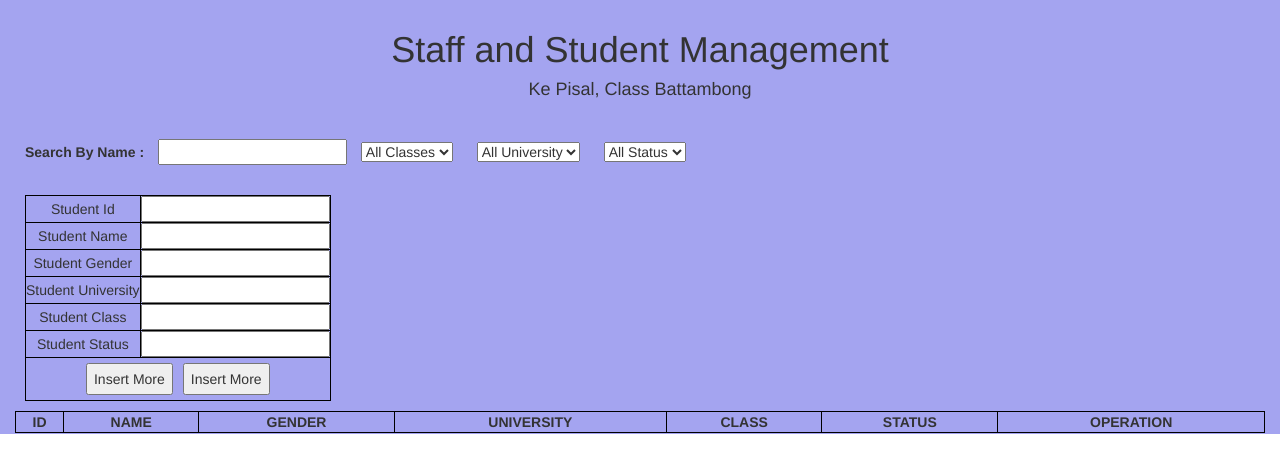
Repository: kepisal/ServletJAVA
Page: http://localhost/AjaxStaffandStudent/
The author's editor kept a copy of each file at every save. The page is drawn from the files as they stood at one save, then again after the next save.
The browser window is 1280 px wide. The pictures show the whole page.
The page is served by Tomcat 9. Other server files are loaded and not shown. Queries for data that is not in the repository find no rows.

Above is the page before, as saved 2015-07-10 16:27:19.

### AjaxStaffandStudent/WebContent/index.jsp
<%@ page language="java" contentType="text/html; charset=ISO-8859-1"
	pageEncoding="ISO-8859-1"%>
<!DOCTYPE html>
<html>
<head>
<meta http-equiv="Content-Type" content="text/html; charset=ISO-8859-1">
<title>Staff and Student Management</title>
<link rel="stylesheet" type="text/css"
	href="bootstrap/css/bootstrap.css">
<!-- <link rel="stylesheet" type="text/css" href="css/style.css"> -->

<!-- <script
	src="http://ajax.googleapis.com/ajax/libs/jquery/1.11.3/jquery.min.js"></script> -->
<script type="text/javascript" src="js/jquery-min.js"></script>
<script type="text/javascript" src="bootstrap/js/bootstrap.js"></script>
<script type="text/javascript" src="bootstrap/js/bootstrap.min.js"></script>
<style type="text/css">
.maincontent {
	background-color: #A4A4F0;
}

#title {
	padding: 10px;
	width: 100%;
}

option {
	height: 23px;
}

table,th,td{
	border: 1px solid black;
	border-collapse: collapse;

}
#title, th,td {
	text-align: center;
}

img {
	width: 20px;
}

#classlist, #universitylist, #txtinput, #statuslist {
	display: inline-block;
	margin: 10px;
}

button {
	margin: 5px;
	height: 32px
}
</style>
</head>
<body>
	<div class="maincontent col-sm-12">
		<div id="sheader">
			<div id="title">
				<h1>Staff and Student Management</h1>
				<h4>Ke Pisal, Class Battambong</h4>
			</div>
			<div id="classlist">
				<label>Search By Name : </label> <input type=text id=txtinput /> <select
					id=classselected onclick="searchClass()">

				</select>
			</div>
			<div id="universitylist">
				<select id=unvselected onclick="searchUniversity()">

				</select>
			</div>
			<div id="statuslist">
				<select id=statusselected onclick="searchStatus()">
					<option value=''>All Status</option>
					<option value=1>Active</option>
					<option value=0>Deactive</option>
				</select>
			</div>
		</div>
		<div id="sform">
			<table class="stuform" style="margin:10px;">
				<tr><td>Student Id</td><td><input/></td></tr>
				<tr><td>Student Name</td><td><input/></td></tr>
				<tr><td>Student Gender</td><td><input/></td></tr>
				<tr><td>Student University</td><td><input/></td></tr>
				<tr><td>Student Class</td><td><input/></td></tr>
				<tr><td>Student Status</td><td><input/></td></tr>
				<tr><td colspan="2"><button id="btnadd btn btn-success" onclick="add()">Insert
				More</button><button id="btnadd btn btn-success" onclick="add()">Insert
				More</button></td></tr>
			</table>
		</div>
		<div id="sbody">
			<table class="mytb col-sm-12">
				<thead>
					<tr>
						<th>ID</th>
						<th>NAME</th>
						<th>GENDER</th>
						<th>UNIVERSITY</th>
						<th>CLASS</th>
						<th>STATUS</th>
						<th>OPERATION</th>
					</tr>
				</thead>
				<tbody id="tblist">
				</tbody>
			</table>
			<div id="sdetails">
				<!-- <i><h2>-------------Information Detail------------</h2></i> <label>ID
				:</label>
			<h3 id="stuid"></h3>
			<label>NAME :</label>
			<h3 id="stuname"></h3>
			<label>GENDER :</label>
			<h3 id="stugender"></h3>
			<label>UINVERSITY :</label>
			<h3 id="stuuniversity"></h3>
			<label>CLASS :</label>
			<h3 id="stuclass"></h3>
			<label>STATUS :</label>
			<h3 id="stustatus">ss</h3>
			<i><h2>-------------Information Detail------------</h2></i> -->
			</div>
		</div>
		<div class="col-sm-3"></div>
	</div>
	<script type="text/javascript" src="js/script.js"></script>
</body>
</html>

### AjaxStaffandStudent/WebContent/js/script.js
$(document).ready(function() {
	lists(); // list all objects in table
	droplist(); // list all objects in dropdownlist(class, university)
	$("#txtinput").keyup(function() {
		searchName($("#txtinput").val()); // action keyup on textbox
	});
});
/*
 * @param : data is JSon generate <option> value </option> for dropdownlist
 * class
 */
function classlist(data) {
	var str = "";
	str += "<option value=''>All Classes</option>;";
	for (var i = 0; i < data.length; i++) {
		str += "<option value=" + data[i].classes + ">" + data[i].classes;
	}
	str += "</option>";
	return str;
}
/*
 * @param : data is JSon generate <option> value </option> for dropdownlist
 * university
 */
function unvlist(data) {
	var str = "";
	str += "<option value=''>All University</option>;";
	for (var i = 0; i < data.length; i++) {
		str += "<option value=" + data[i].unversity + ">" + data[i].unversity;
	}
	str += "</optiont>";
	return str;
}

/*
 * get data from url and put into function with param
 */
function droplist() {
	$.post("classlist.hrd", function(data) {
		$("#classselected").html(classlist(data));
	});
	$.post("universitylist.hrd", function(data) {
		$("#unvselected").html(unvlist(data));
	});
}
/*
 * generate rows inside table list
 */
function lists() {
	$.post("listobject.hrd", function(data) {
		$("#tblist").html(listobjectdetails(data));
	});

}
/*
 * create tag <tr><td> value </td></tr> follow data
 */
function listobjectdetails(data) {
	var str = "";
	for (var i = 0; i < data.length; i++) {

		str += "<tr>" + "<td id=studid" + i + ">" + data[i].stuid + "</td>"
				+ "<td>" + data[i].stuname + "</td>" + "<td>"
				+ checkGender(data[i].gender) + "</td>" + "<td>"
				+ data[i].unversity + "</td>" + "<td>" + data[i].classes
				+ "</td>" + "<td>" + checkStatus(data[i].status, i) + "</td>"
				+ "<td><button class=btnEdit" + i + " onclick=editFun(" + i
				+ ")>Edit</button><button class=btnRemove" + i
				+ " onclick=removeFun(" + i
				+ ")>Remove</button><button  class=btnView" + i
				+ " onclick=viewFun(" + i + ")>View</button></td>" + "</tr>";
	}

	str += "</table>";

	return str;
}
/*
 * create form for edit and insertion
 */
function myform() {
	var str = "";
}

/*
 * change value 0,1 to male and female
 */
function checkGender(data) {
	var gender;
	if (data == 0) {
		gender = "Male";
	} else {
		gender = "Female";
	}
	return gender;
}
/*
 * change value 0,1 to image 0.png and 1.png
 */
function checkStatus(data, i) {
	var img;
	if (data == 0) {
		img = "<a href=#><img src=img/0.png id=mydata" + i
				+ " onclick=updateStatus(" + i + "," + data + ")></a>";
	} else {
		img = "<a href=#><img src=img/1.png id=mydata" + i
				+ " onclick=updateStatus(" + i + "," + data + ")></a>";
	}
	return img;
}
/*
 * @param : id, value id -> id of each students value -> value of status update
 * status
 */
function updateStatus(id, value) {
	var stuid = $("#studid" + id).text();
	var active;
	if (value == 0) {
		active = 1;
	} else {
		active = 0;
	}
	$.post("editobject.hrd", {
		stu_id : stuid,
		stu_status : active
	}, function(data) {
		lists();
	});
}
/*
 * search by name()
 */
function searchName() {
	var stuname = $('#txtinput').val();
	var stuclass = $('#classselected option:selected').val();
	var stuuniver = $('#unvselected option:selected').val();
	var stustatus = $('#statusselected option:selected').val();
	if (stuname == '') {
		lists();
	}
	$.post("searchobject.hrd", {
		stu_name : stuname,
		stu_class : stuclass,
		stu_university : stuuniver,
		stu_status : stustatus
	}, function(data) {
		$("#tblist").html(listobjectdetails(data));
	});
}
/*
 * search by class()
 */
function searchClass() {
	var stuname = $('#txtinput').val();
	var stuclass = $('#classselected option:selected').val();
	var stuuniver = $('#unvselected option:selected').val();
	var stustatus = $('#statusselected option:selected').val();
	$.post("searchobject.hrd", {
		stu_name : stuname,
		stu_class : stuclass,
		stu_university : stuuniver,
		stu_status : stustatus
	}, function(data) {
		$("#tblist").html(listobjectdetails(data));
	});
}
/*
 * search by university()
 */
function searchUniversity() {
	var stuname = $('#txtinput').val();
	var stuclass = $('#classselected option:selected').val();
	var stuuniver = $('#unvselected option:selected').val();
	var stustatus = $('#statusselected option:selected').val();
	$.post("searchobject.hrd", {
		stu_name : stuname,
		stu_class : stuclass,
		stu_university : stuuniver,
		stu_status : stustatus
	}, function(data) {
		$("#tblist").html(listobjectdetails(data));
	});
}
/*
 * search by status()
 */
function searchStatus() {
	var stuname = $('#txtinput').val();
	var stuclass = $('#classselected option:selected').val();
	var stuuniver = $('#unvselected option:selected').val();
	var stustatus = $('#statusselected option:selected').val();
	$.post("searchobject.hrd", {
		stu_name : stuname,
		stu_class : stuclass,
		stu_university : stuuniver,
		stu_status : stustatus
	}, function(data) {
		$("#tblist").html(listobjectdetails(data));
	});
}
/*
 * Add Function
 */
function add() {
	$("#sbody").load("pages/addForm.html"); // load file from article
}

function editFun(i) {
	alert("This is Edit" + $("#studid" + i).text());
}
function removeFun(i) {
	var stuid = $("#studid" + i).text();
	$.post("deleteobject.hrd", {
		stu_id : stuid
	}, function(data) {
		lists();
	});
}
function viewFun(i) {
	var stuid = $("#studid" + i).text();
	$.post("viewobject.hrd", {
		stu_id : stuid
	}, function(data) {
		$("#sbody").load("pages/viewdetails.html");
	});
}

### AjaxStaffandStudent/src/Controller/Front_Controller.java
package Controller;
import java.io.IOException;

import javax.servlet.RequestDispatcher;
import javax.servlet.ServletException;
import javax.servlet.annotation.WebServlet;
import javax.servlet.http.HttpServlet;
import javax.servlet.http.HttpServletRequest;
import javax.servlet.http.HttpServletResponse;

import Model.ObjectDAO;

@WebServlet("*.hrd")
public class Front_Controller extends HttpServlet {
	private static final long serialVersionUID = 1L;

	public Front_Controller() {
		super();
	}

	protected void doGet(HttpServletRequest request, HttpServletResponse response) throws ServletException, IOException {
		doProcess(request, response);
	}

	protected void doPost(HttpServletRequest request, HttpServletResponse response) throws ServletException, IOException {
		doProcess(request, response);
	}

	protected void doProcess(HttpServletRequest request, HttpServletResponse response) throws ServletException, IOException {
		String RequestURI = request.getRequestURI();

		System.out.println(RequestURI);
		String contextPath = request.getContextPath();
		System.out.println(contextPath);
		String command = RequestURI.substring(contextPath.length());
		ActionForward forward = null;
		Action action = null;

		System.out.println(command);

		switch(command){
			case "/listobject.hrd":
				action = new ListObject();
				try {
					forward = action.execute(request, response);
					System.out.println(forward);
				} catch (Exception e) {
					e.printStackTrace();
				}
				break;
			case "/classlist.hrd":
				action = new classList();
				try {
					forward = action.execute(request, response);
					System.out.println(forward);
				} catch (Exception e) {
					e.printStackTrace();
				}
				break;
			case "/universitylist.hrd":
				action = new universityList();
				try {
					forward = action.execute(request, response);
					System.out.println(forward);
				} catch (Exception e) {
					e.printStackTrace();
				}
				break;
			case "/editobject.hrd":
				action = new EditObject();
				try {
					forward = action.execute(request, response);
				} catch (Exception e) {
					e.printStackTrace();
				}
				break;
			case "/searchobject.hrd":
				action = new Search();
				try {
					forward = action.execute(request, response);
				} catch (Exception e) {
					e.printStackTrace();
				}
				break;
			case "/viewobject.hrd":
				action = new ViewObject();
				try {
					forward = action.execute(request, response);
				} catch (Exception e) {
					e.printStackTrace();
				}
				break;
			case "/deleteobject.hrd":
				action = new DeleteObject();
				try {
					forward = action.execute(request, response);
				} catch (Exception e) {
					e.printStackTrace();
				}
				break;
			default :
				forward = new ActionForward();
				forward.setPath("404.jsp");
				forward.setRedirect(false);
				break;


		}

		if (forward != null) {
			if (forward.isRedirect()) {
				response.sendRedirect(forward.getPath());
			} else {
				RequestDispatcher dispatcher = request
						.getRequestDispatcher(forward.getPath());
				dispatcher.forward(request, response);
			}

		}

	}
}

### AjaxStaffandStudent/src/Controller/ListObject.java
package Controller;

import java.util.ArrayList;

import javax.servlet.http.HttpServletRequest;
import javax.servlet.http.HttpServletResponse;

import com.google.gson.Gson;

import Controller.Action;
import Controller.ActionForward;
import Model.ObjectDAO;
import Model.ObjectDTO;

public class ListObject implements Action {

	@Override
	public ActionForward execute(HttpServletRequest request,
			HttpServletResponse response) throws Exception {

		ObjectDAO dao = new ObjectDAO();
		ArrayList<ObjectDTO> objectlist = dao.list();

		response.setContentType("application/json");
		response.setCharacterEncoding("UTF-8");
		String obj= new Gson().toJson(objectlist);

		response.getWriter().write(obj);


		return null;
	}

}

### AjaxStaffandStudent/src/Model/ObjectDAO.java
package Model;

import java.beans.Statement;
import java.sql.Connection;
import java.sql.DriverManager;
import java.sql.PreparedStatement;
import java.sql.ResultSet;
import java.sql.SQLException;
import java.util.ArrayList;
import java.sql.*;

import javax.naming.InitialContext;
import javax.sql.DataSource;

public class ObjectDAO {
	static Connection cn;

	/*
	 * list all of elements in database return Arraylist objects
	 */
	public ArrayList<ObjectDTO> list() throws SQLException,
			ClassNotFoundException {

		String sql = "select * from hrd_students";
		java.sql.Statement stm = cn.createStatement();
		ResultSet rs = stm.executeQuery(sql);
		ArrayList<ObjectDTO> objectdto = new ArrayList<ObjectDTO>();
		try {
			while (rs.next()) {
				objectdto.add(new ObjectDTO(rs.getString("stu_id"), rs
						.getString("stu_name"), rs.getInt("stu_gender"), rs
						.getString("stu_university"),
						rs.getString("stu_class"), rs.getInt("stu_status")));
			}

		} catch (Exception e) {
			e.printStackTrace();
		}
		return objectdto;
	}

	/*
	 * @param : id and status function update status 0 to 1 and 1 to 0 follow id
	 * return true/false for success or faild
	 */
	public boolean update(String id, int status) throws SQLException {
		try (PreparedStatement pstm = cn
				.prepareStatement("update hrd_students set stu_status=? where stu_id=?");) {

			pstm.setString(1, String.valueOf(status));
			pstm.setString(2, id);
			return pstm.execute();
		} catch (Exception e) {
			e.printStackTrace();
		}
		return false;
	}

	/*
	 * distinct the class value return Arraylist objects (0,1)
	 */
	public ArrayList<ObjectDTO> classList() throws SQLException {
		String sql = "SELECT distinct stu_class FROM hrd_students";
		java.sql.Statement stm = cn.createStatement();
		ResultSet rs = stm.executeQuery(sql);
		ArrayList<ObjectDTO> objectdto = new ArrayList<ObjectDTO>();
		try {
			while (rs.next()) {
				objectdto.add(new ObjectDTO("", "", 0, "", rs
						.getString("stu_class"), 0));
			}
		} catch (Exception e) {
			e.printStackTrace();
		}
		return objectdto;
	}

	/*
	 * distinct the university value return Arraylist objects (0,1)
	 */
	public ArrayList<ObjectDTO> universityList() throws SQLException {
		String sql = "select distinct stu_university from hrd_students";
		java.sql.Statement stm = cn.createStatement();
		ResultSet rs = stm.executeQuery(sql);
		ArrayList<ObjectDTO> objectdto = new ArrayList<ObjectDTO>();
		try {
			while (rs.next()) {
				objectdto.add(new ObjectDTO("", "", 0, rs
						.getString("stu_university"), "", 0));
			}
		} catch (Exception e) {
			e.printStackTrace();
		}
		return objectdto;
	}

	/*
	 * Search all of content by name, class, university and status return as
	 * ArrayList objects
	 */
	public ArrayList<ObjectDTO> search(String name, String classes,
			String university, String status) throws SQLException {
		PreparedStatement ps = cn
				.prepareStatement("select * from hrd_students where stu_university LIKE ? and stu_class LIKE ? and stu_status LIKE ? and stu_name like ?");
		ps.setString(1, university + "%");
		ps.setString(2, classes + "%");
		ps.setString(3, status + "%");
		ps.setString(4, "%" + name + "%");
		ResultSet rs = ps.executeQuery();
		ArrayList<ObjectDTO> alist = new ArrayList<ObjectDTO>();
		while (rs.next()) {
			alist.add(new ObjectDTO(rs.getString("stu_id"), rs
					.getString("stu_name"), rs.getInt("stu_gender"), rs
					.getString("stu_university"), rs.getString("stu_class"), rs
					.getInt("stu_status")));
		}
		return alist;
	}

	public ObjectDTO viewObject(String id) throws SQLException {
		String sql = "select * from hrd_students where stu_id=?";
		PreparedStatement pstm = cn.prepareStatement(sql);
		pstm.setString(1, id);
		ResultSet rs = pstm.executeQuery();
		ObjectDTO objectdto = new ObjectDTO();
		try {
			if (rs.next()) {
				objectdto = new ObjectDTO(rs.getString("stu_id"),
						rs.getString("stu_name"), rs.getInt("stu_gender"),
						rs.getString("stu_university"),
						rs.getString("stu_class"), rs.getInt("stu_status"));
			}

		} catch (Exception e) {
			e.printStackTrace();
		}
		return objectdto;
	}

	public boolean DeleteObject(String id) throws SQLException {
		String sql = "delete from hrd_students where stu_id=?";
		PreparedStatement pstm = cn.prepareStatement(sql);
		pstm.setString(1, id);
		return pstm.execute();
	}

	/********************** Here is Connection Database *********************************/
	static {
		try {
			Class.forName("com.mysql.jdbc.Driver");
			cn = DriverManager.getConnection(
					"jdbc:mysql://localhost:3306/ssdbmanage", "admin", "admin");
		} catch (Exception e) {
			// TODO Auto-generated catch block
			e.printStackTrace();
		}
	}
	/**********************
	 * Here is Connection Database
	 *
	 * @throws SQLException
	 *********************************/

}

### AjaxStaffandStudent/src/Controller/classList.java
package Controller;

import java.util.ArrayList;

import javax.servlet.http.HttpServletRequest;
import javax.servlet.http.HttpServletResponse;

import Model.ObjectDAO;
import Model.ObjectDTO;

import com.google.gson.Gson;

public class classList implements Action {

	public ActionForward execute(HttpServletRequest request,
			HttpServletResponse response) throws Exception {

		ObjectDAO dao = new ObjectDAO();
		ArrayList<ObjectDTO> objectlist = dao.classList();

		response.setContentType("application/json");
		response.setCharacterEncoding("UTF-8");
		String obj= new Gson().toJson(objectlist);

		response.getWriter().write(obj);
		return null;
	}

}

### AjaxStaffandStudent/src/Controller/universityList.java
package Controller;

import java.util.ArrayList;

import javax.servlet.http.HttpServletRequest;
import javax.servlet.http.HttpServletResponse;

import Model.ObjectDAO;
import Model.ObjectDTO;

import com.google.gson.Gson;

public class universityList implements Action {
	public ActionForward execute(HttpServletRequest request,
			HttpServletResponse response) throws Exception {

		ObjectDAO dao = new ObjectDAO();
		ArrayList<ObjectDTO> objectlist = dao.universityList();

		response.setContentType("application/json");
		response.setCharacterEncoding("UTF-8");
		String obj= new Gson().toJson(objectlist);

		response.getWriter().write(obj);
		return null;
	}
}

Loaded but not shown: AjaxStaffandStudent/WebContent/bootstrap/css/bootstrap.css (library); AjaxStaffandStudent/WebContent/js/jquery-min.js (library); AjaxStaffandStudent/WebContent/bootstrap/js/bootstrap.js (library); AjaxStaffandStudent/WebContent/bootstrap/js/bootstrap.min.js (library)

After the next save:
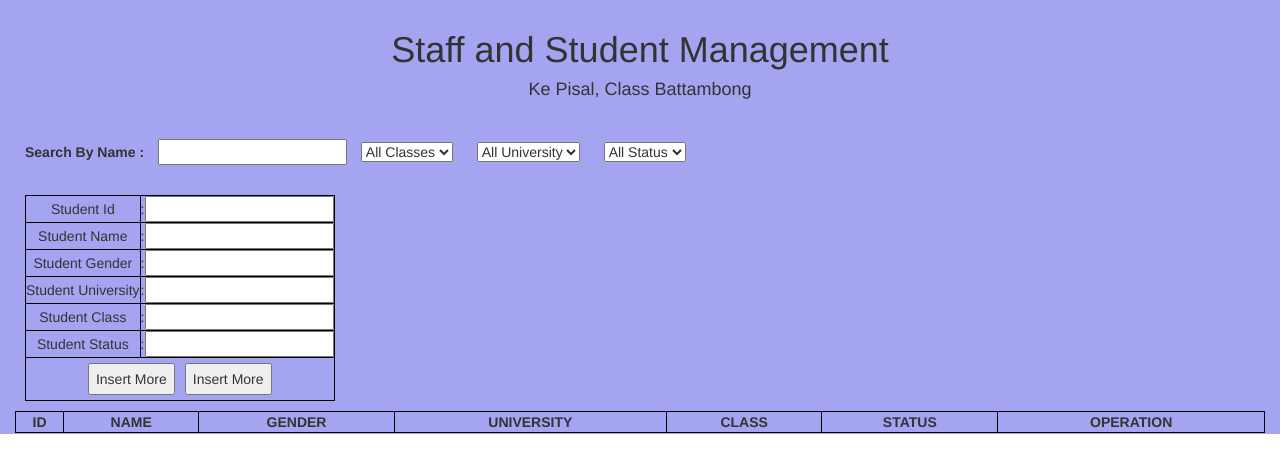
Saved 52 s later.
--- a/AjaxStaffandStudent/WebContent/index.jsp
+++ b/AjaxStaffandStudent/WebContent/index.jsp
@@ -80,12 +80,12 @@ button {
 		</div>
 		<div id="sform">
 			<table class="stuform" style="margin:10px;">
-				<tr><td>Student Id</td><td><input/></td></tr>
-				<tr><td>Student Name</td><td><input/></td></tr>
-				<tr><td>Student Gender</td><td><input/></td></tr>
-				<tr><td>Student University</td><td><input/></td></tr>
-				<tr><td>Student Class</td><td><input/></td></tr>
-				<tr><td>Student Status</td><td><input/></td></tr>
+				<tr><td>Student Id</td><td>:<input/></td></tr>
+				<tr><td>Student Name</td><td>:<input/></td></tr>
+				<tr><td>Student Gender</td><td>:<input/></td></tr>
+				<tr><td>Student University</td><td>:<input/></td></tr>
+				<tr><td>Student Class</td><td>:<input/></td></tr>
+				<tr><td>Student Status</td><td>:<input/></td></tr>
 				<tr><td colspan="2"><button id="btnadd btn btn-success" onclick="add()">Insert
 				More</button><button id="btnadd btn btn-success" onclick="add()">Insert
 				More</button></td></tr>
